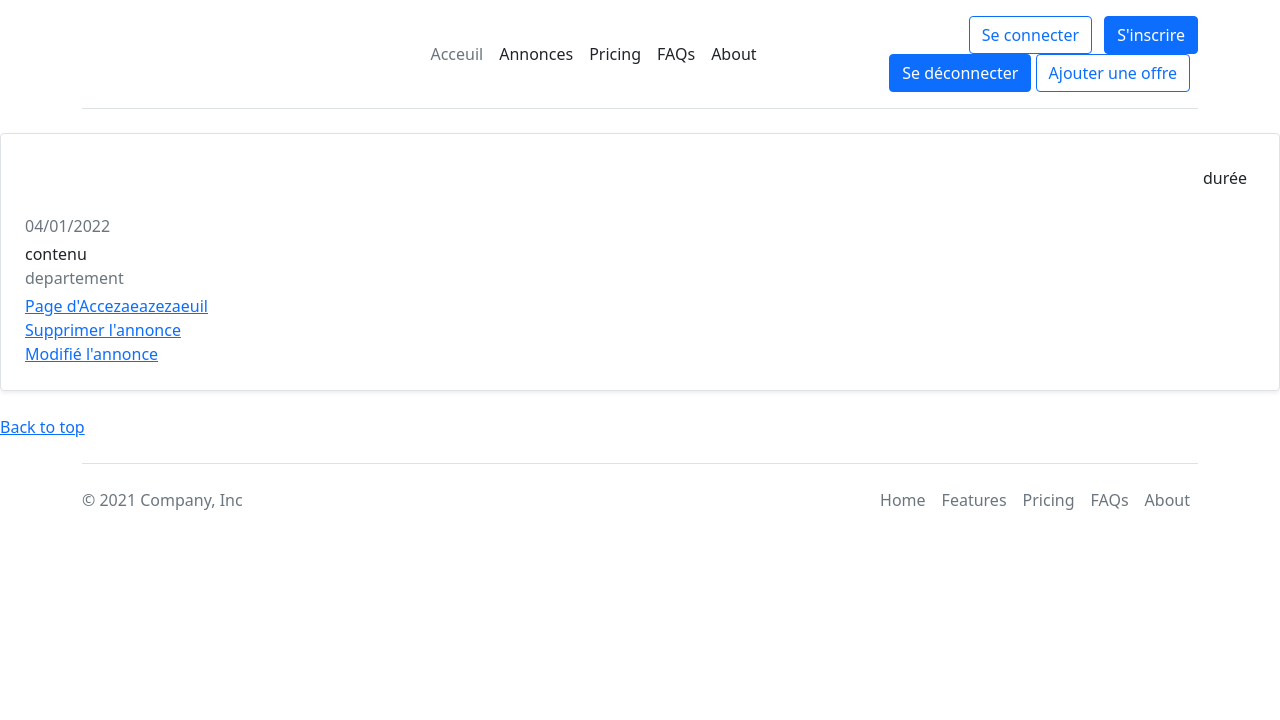
Repository: Xora123/Pole-emploi-Symfony
Page: templates/post/index.html.twig
These files come from the project's save history. The page is drawn as it stood at one moment and after the next save; the edit follows.
The browser window is 1280 px wide. The pictures show the whole page.
Some web libraries are served in a nearby version. The page is a Twig template of a Symfony application; nobody is signed in and links lead nowhere. The template is opened directly, without the code that normally fills it, so the values that code supplies are empty.

Above is the page before, as saved 2022-04-04 09:38:51.

After the next save:
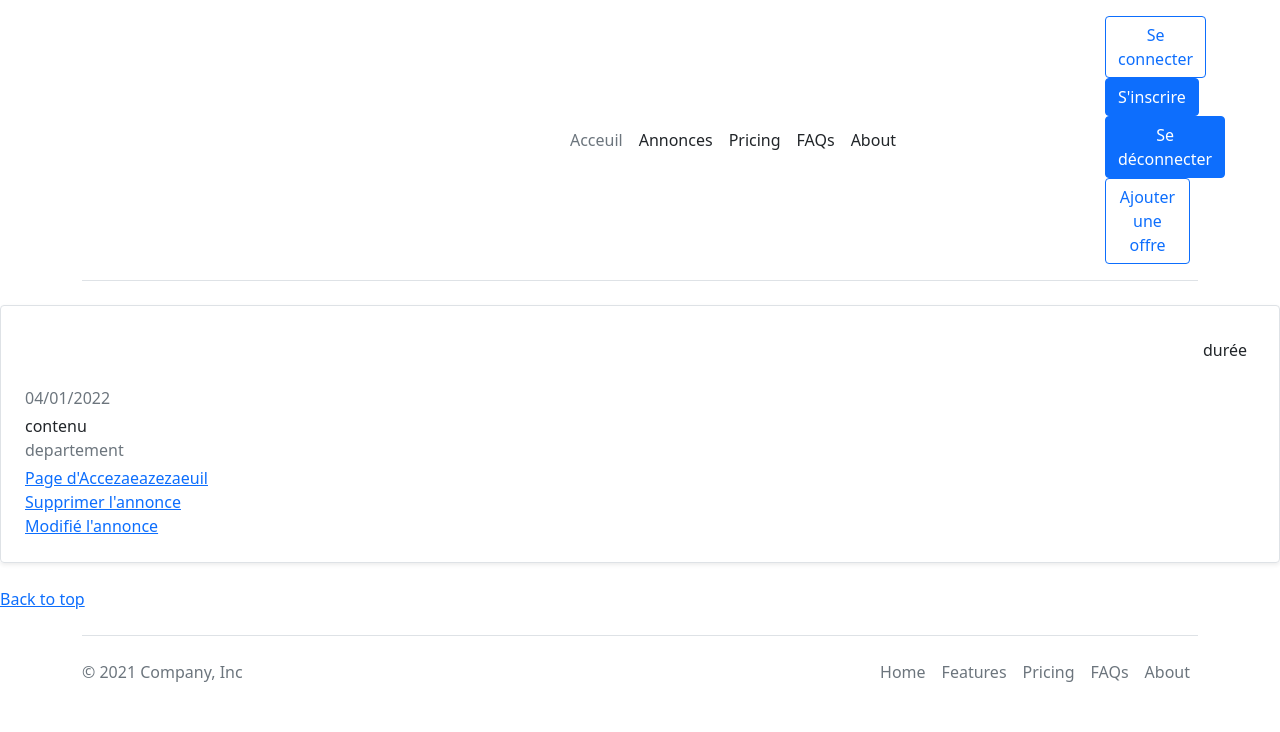
Saved 9 s later.
--- a/templates/includes/navbar.html.twig
+++ b/templates/includes/navbar.html.twig
@@ -27,7 +27,7 @@
 			</li>
 		</ul>
 
-		<div class="col-md-4 text-end">
+		<div class="col-md-1 text-end">
 			<a type="button" class="btn btn-outline-primary me-2" href = "{{ path('app_login') }}" >Se connecter</a>
 			<a type="button" class="btn btn-primary" href="{{ path('app_register') }} " >S'inscrire</a>
 			<a type="button" class="btn btn-primary" href="{{ path('app_logout') }} " >Se déconnecter</a>
